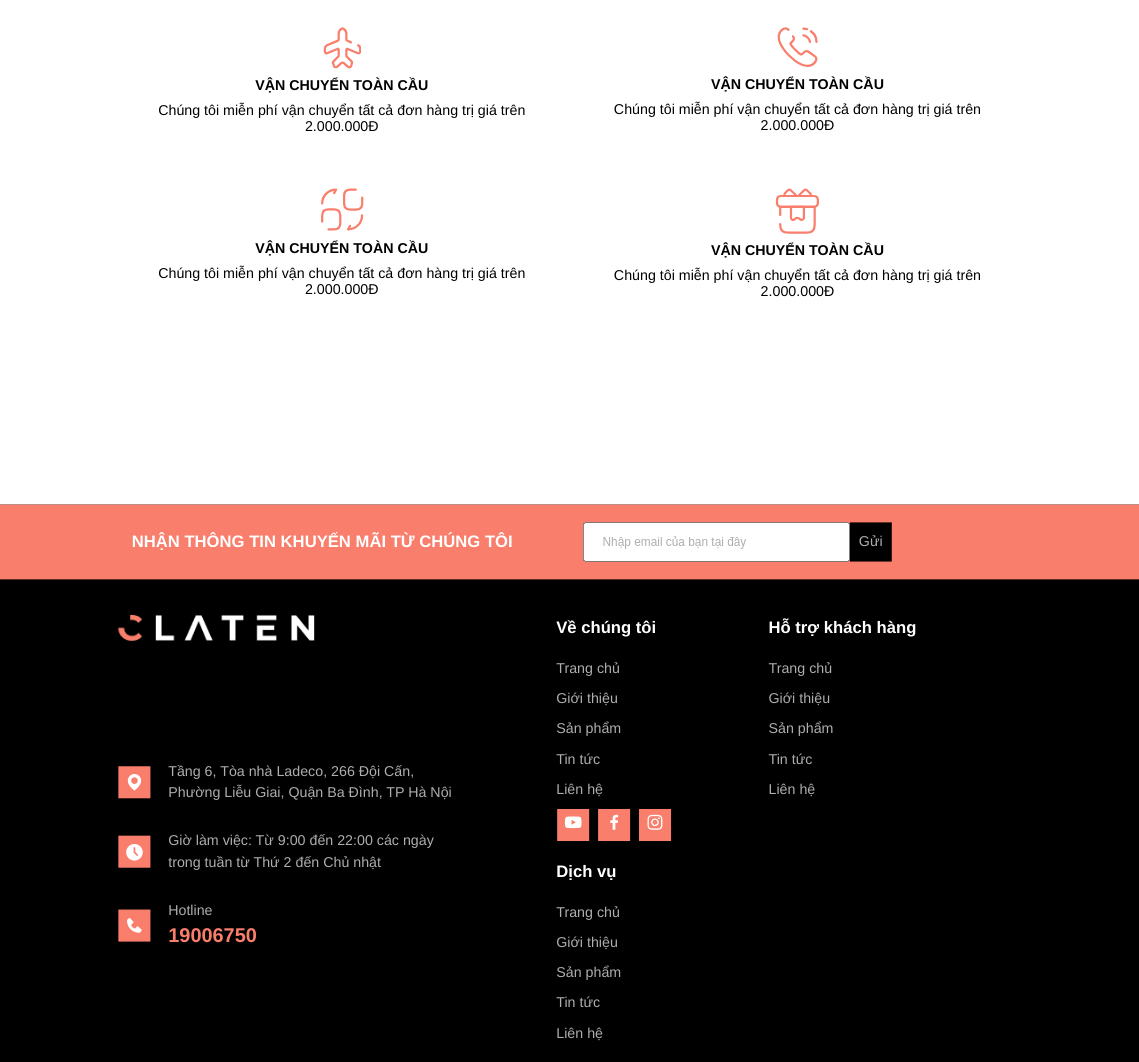
Repository: RennoPMXK/doan
Page: index.html
An editor plug-in stored every save of this project. The page is shown before and after the next save, followed by the edit.
The browser window is 1280 px wide. The pictures show the part of the page from y = 573 to 1766 px (the page is 1766 px tall before and 1762 px after), at 89% of full size.

Above is the page before, as saved 2021-11-16 19:57:57.

After the next save:
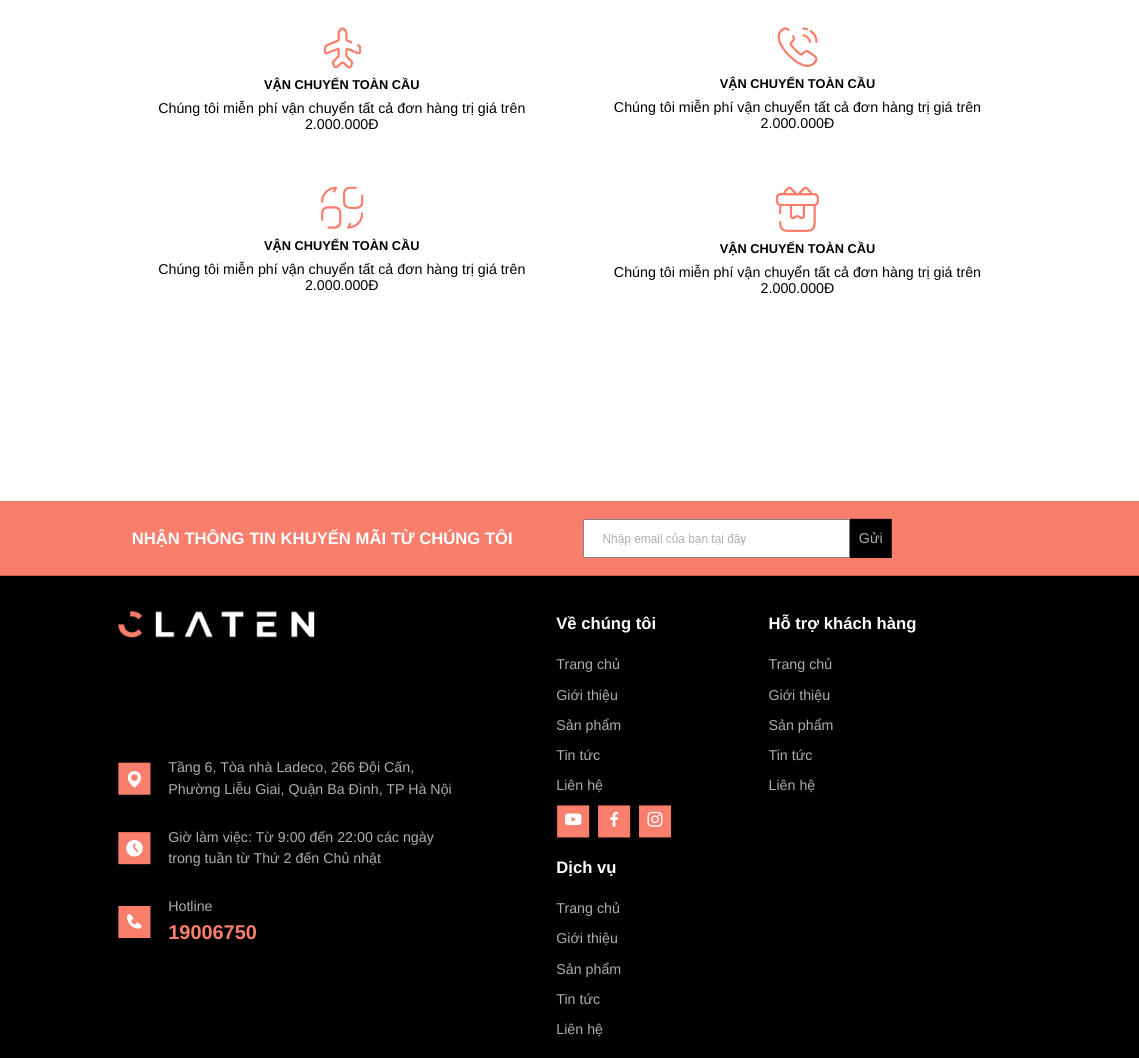
Saved 14 s later.
--- a/style.css
+++ b/style.css
@@ -349,7 +349,7 @@ li {
 }
 
 .hero-section-mini-item h3 {
-   font-size: 1rem;
+   font-size: 0.9rem;
 }
 
 .hero-section-mini-item p {
